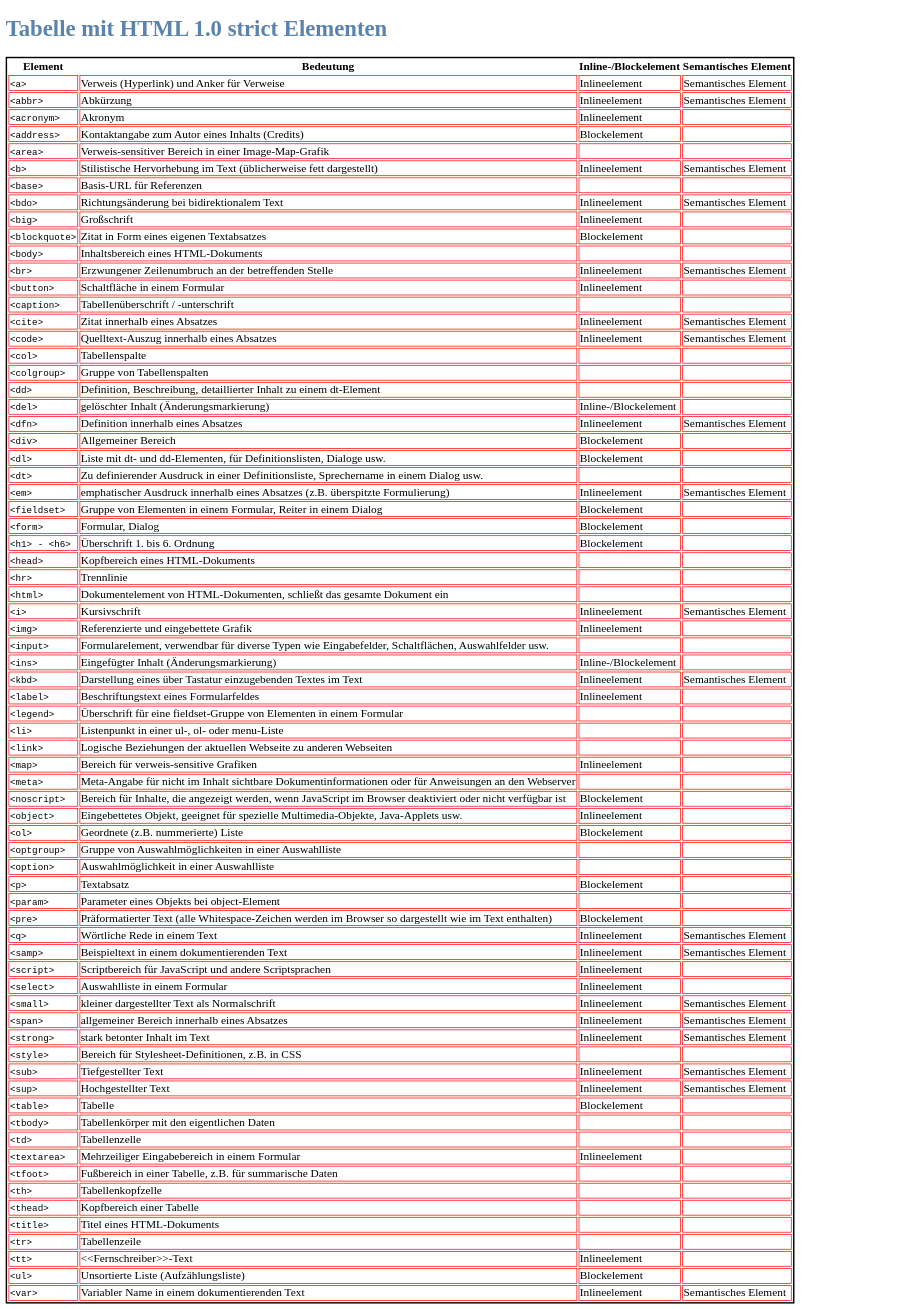
Repository: pLurchi/MyWebengineeringRepo
Page: RemoteSystemsTempFiles/HA-Kapitel06/WebContent/index.html
The author's editor kept a copy of each file at every save. The page is drawn from the files as they stood at one save, then again after the next save.
The browser window is 1280 px wide. The pictures show the whole page, at 71% of full size.

Above is the page before, as saved 2013-11-28 19:04:46.

After the next save:
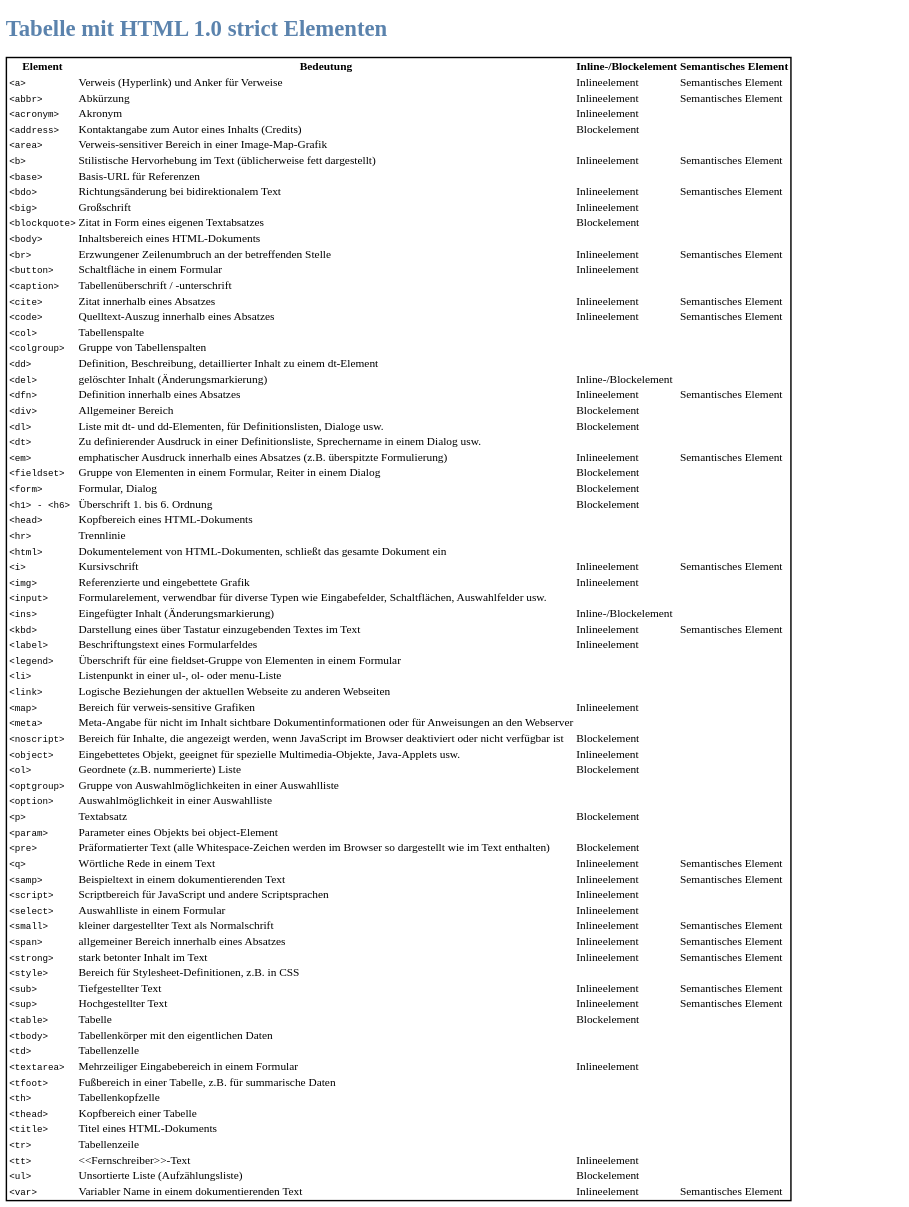
Saved 45 s later.
--- a/RemoteSystemsTempFiles/HA-Kapitel06/WebContent/CSS/stylesheet.css
+++ b/RemoteSystemsTempFiles/HA-Kapitel06/WebContent/CSS/stylesheet.css
@@ -12,12 +12,10 @@
 	border: 2px solid black;
 }
 
-tr {
-	border: 1px dashed green;
 }
 td {
 	border: 1px solid red;
-	text-align: left top;
+	text-align: top;
 }
 
 th {

After the save that followed:
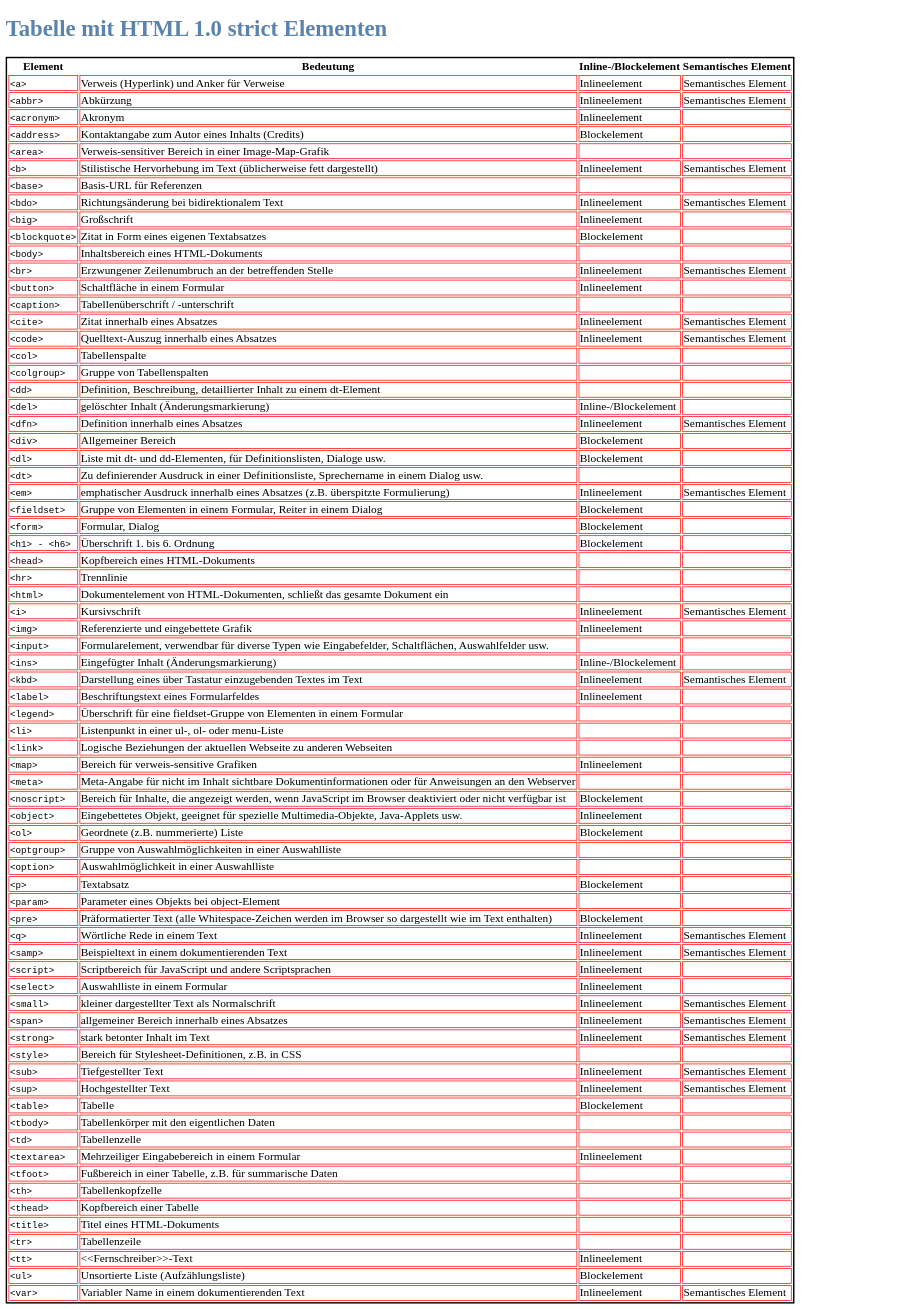
Saved 21 s later.
--- a/RemoteSystemsTempFiles/HA-Kapitel06/WebContent/CSS/stylesheet.css
+++ b/RemoteSystemsTempFiles/HA-Kapitel06/WebContent/CSS/stylesheet.css
@@ -12,7 +12,7 @@
 	border: 2px solid black;
 }
 
-}
+
 td {
 	border: 1px solid red;
 	text-align: top;
